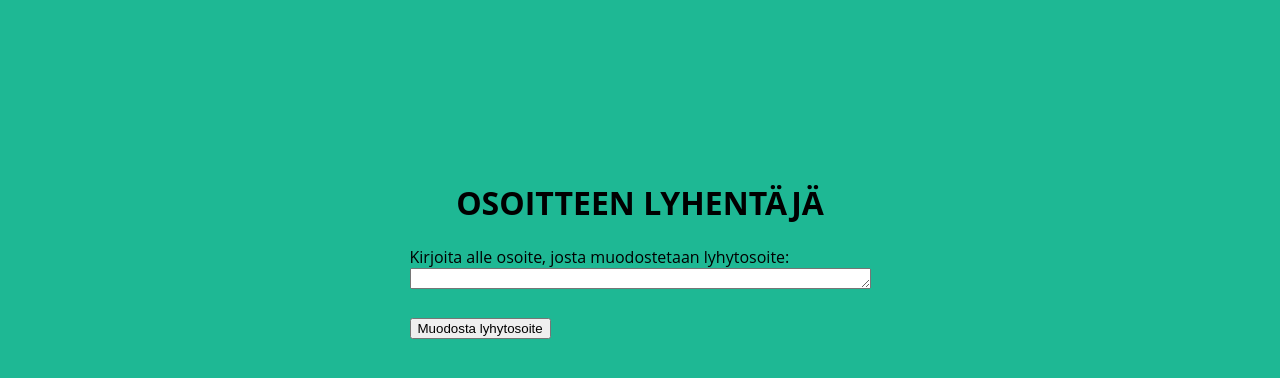
Repository: koodaajakige/knykanen
Page: public_html/redirect/lomake.html
The author's editor kept a copy of each file at every save. The page is drawn from the files as they stood at one save, then again after the next save.
The browser window is 1280 px wide. The pictures show the whole page.

Above is the page before, as saved 2023-01-12 12:35:14.

### public_html/redirect/lomake.html
<!DOCTYPE html>
<html>
<head>
  <meta charset="UTF-8">
  <link rel="stylesheet" href="kigestyle.css">
  <h1>OSOITTEEN LYHENTÄJÄ</h1>
</head>
<body>

<form method = GET action = funktio.php>
    Kirjoita alle osoite, josta muodostetaan lyhytosoite:
    <br><textarea rows=1 cols=55 name=osoite></textarea><br><br>
    <input type=submit value='Muodosta lyhytosoite' />
  </form>

</body>
</html>

### public_html/redirect/kigestyle.css
body {
    font-family: 'Averia Serif Libre', cursive;
	font-family: 'Open Sans', sans-serif;
    font-size: medium;
    background-color: rgb(30, 184, 148);
    max-width: 40em;
	width: 90%;
	margin: 10em auto;
    display: flex;
    flex-direction: column;
    align-items: center;


}

After the next save:
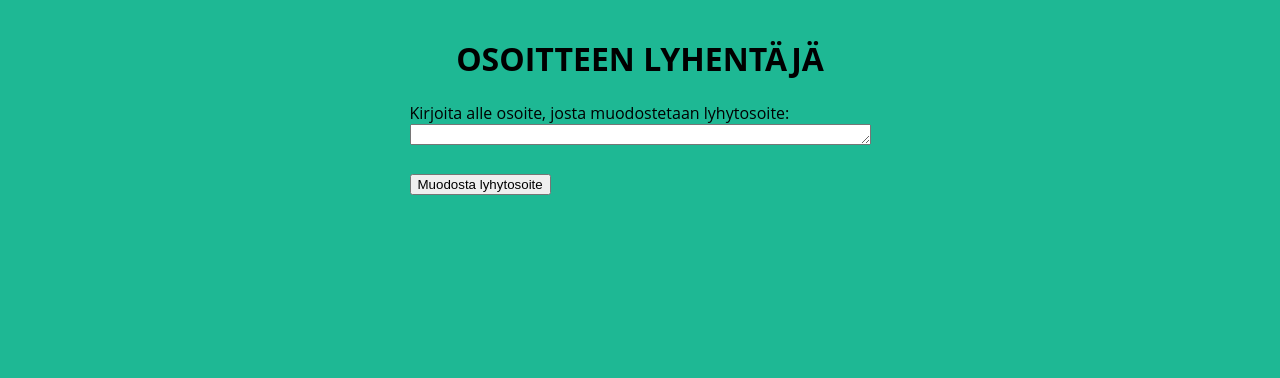
Saved 69 s later.
--- a/public_html/redirect/kigestyle.css
+++ b/public_html/redirect/kigestyle.css
@@ -5,7 +5,7 @@ body {
     background-color: rgb(30, 184, 148);
     max-width: 40em;
 	width: 90%;
-	margin: 10em auto;
+	margin: 1em auto;
     display: flex;
     flex-direction: column;
     align-items: center;
